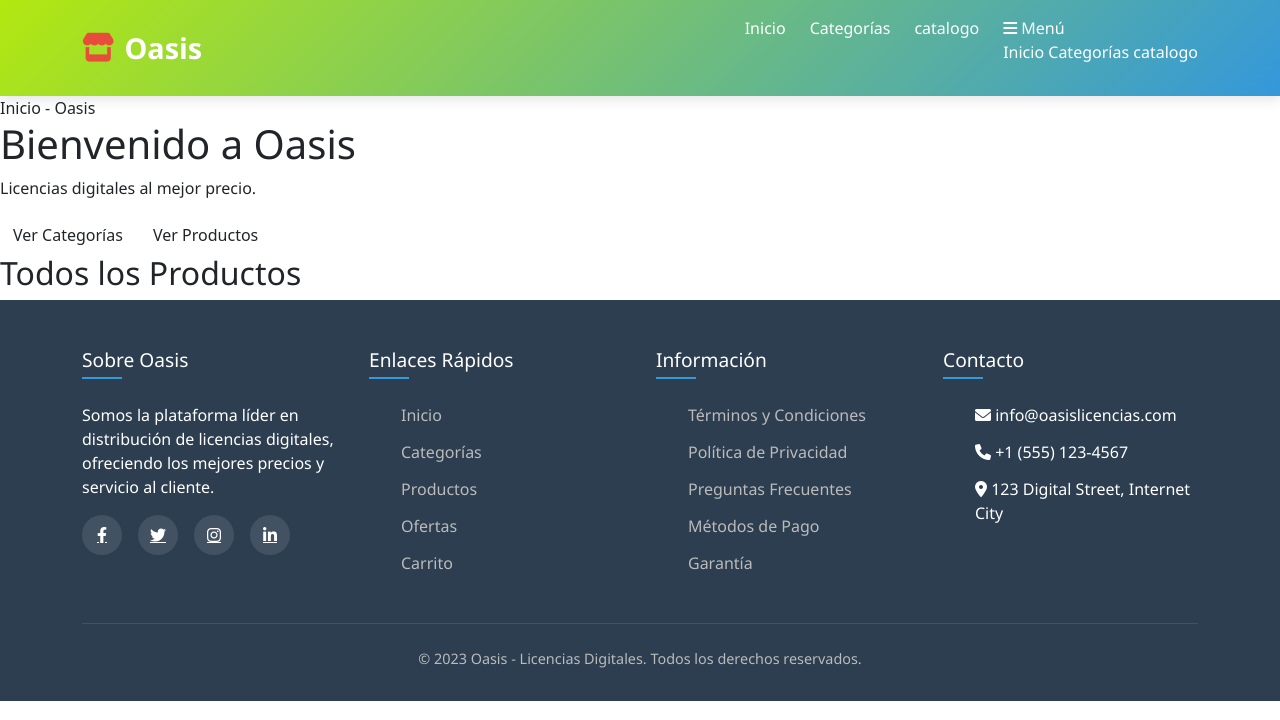
Repository: chicharo2025/oasis
Page: http://localhost/
An editor plug-in stored every save of this project. The page is shown before and after the next save, followed by the edit.
The browser window is 1280 px wide. The pictures show the whole page.
The page is served by the project's application, run on Django 5.2 (django_techstore/manage.py).

Above is the page before, as saved 2025-04-12 18:07:22.

After the next save:
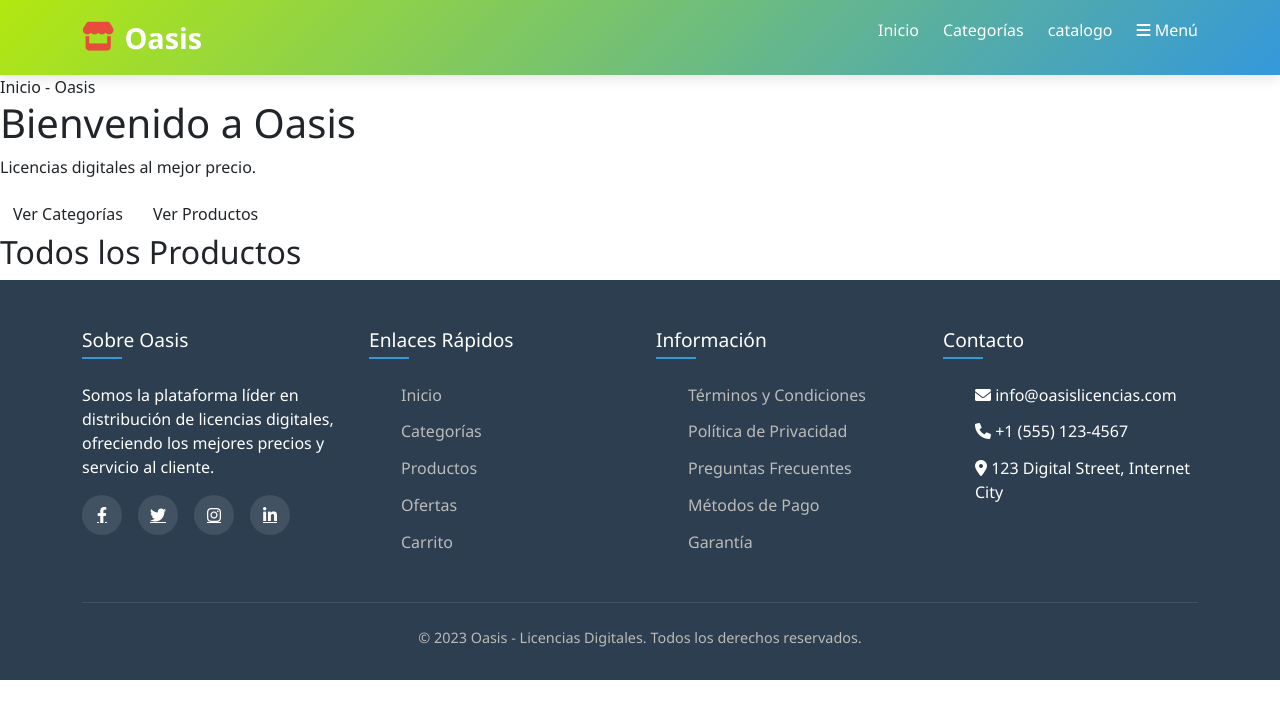
Saved 29 s later.
--- a/django_techstore/productos/templates/productos/menu.html
+++ b/django_techstore/productos/templates/productos/menu.html
@@ -25,11 +25,7 @@
                             <a href="#" id="toggle-menu">
                                 <i class="fas fa-bars"></i> Menú
                             </a>
-                            <div class="menu-desplegable" id="dropdown-menu">
-                                <a href="{% url 'index' %}">Inicio</a>
-                                <a href="{% url 'categoria' %}">Categorías</a>
-                                <a href="{% url 'catalogo' %}">catalogo</a>
-                            </div>
+
                         </li>
                     </ul>
                 </nav>
